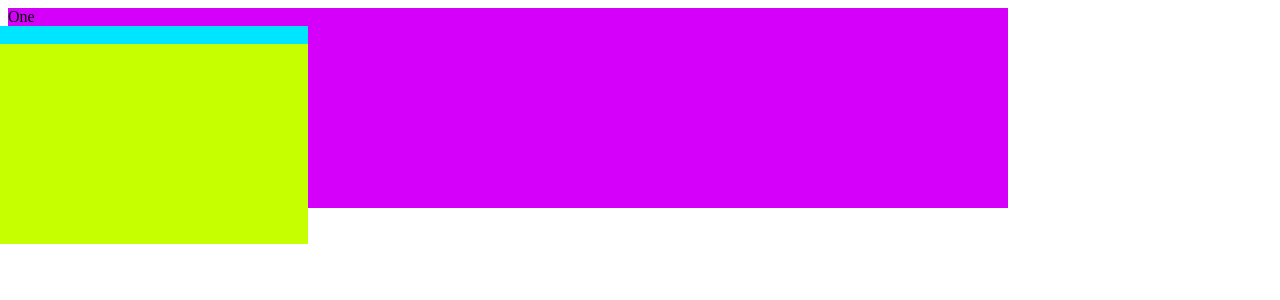
Repository: LavriaNeptune/css-basic
Page: position/z-index.html
An editor plug-in stored every save of this project. The page is shown before and after the next save, followed by the edit.
The browser window is 1280 px wide. The pictures show the whole page.

Above is the page before, as saved 2022-08-19 20:30:06.

### position/z-index.html
<!DOCTYPE html>
<html>
  <body>
    <style>
      #one {
        width: 1000px;
        height: 200px;
        background-color: #d500f9;
      }
      #two {
        width: 400px;
        height: 200px;
        background-color: #00e5ff;
        position: relative;
        right: 100px;
      }
      #three {
        width: 400px;
        height: 200px;
        background-color: #c6ff00;
      }
      #fore {
        width: 200px;
        height: 200px;
        background-color: #ff3d00;
      }
    </style>
  </body>
  <body>
    <div id="one">
      One
      <div id="two">
        Two
        <div id="three">
          Three
          <div id="four">Four</div>
        </div>
      </div>
    </div>
  </body>
</html>

After the next save:
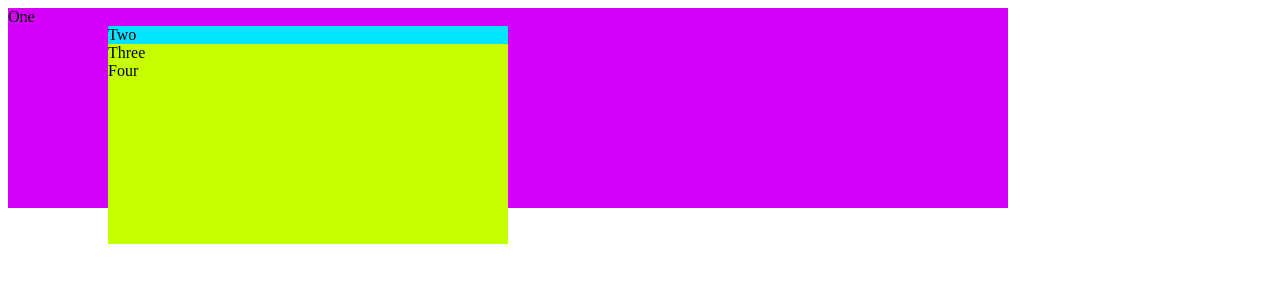
Saved 4 s later.
--- a/position/z-index.html
+++ b/position/z-index.html
@@ -12,7 +12,7 @@
         height: 200px;
         background-color: #00e5ff;
         position: relative;
-        right: 100px;
+        left: 100px;
       }
       #three {
         width: 400px;
